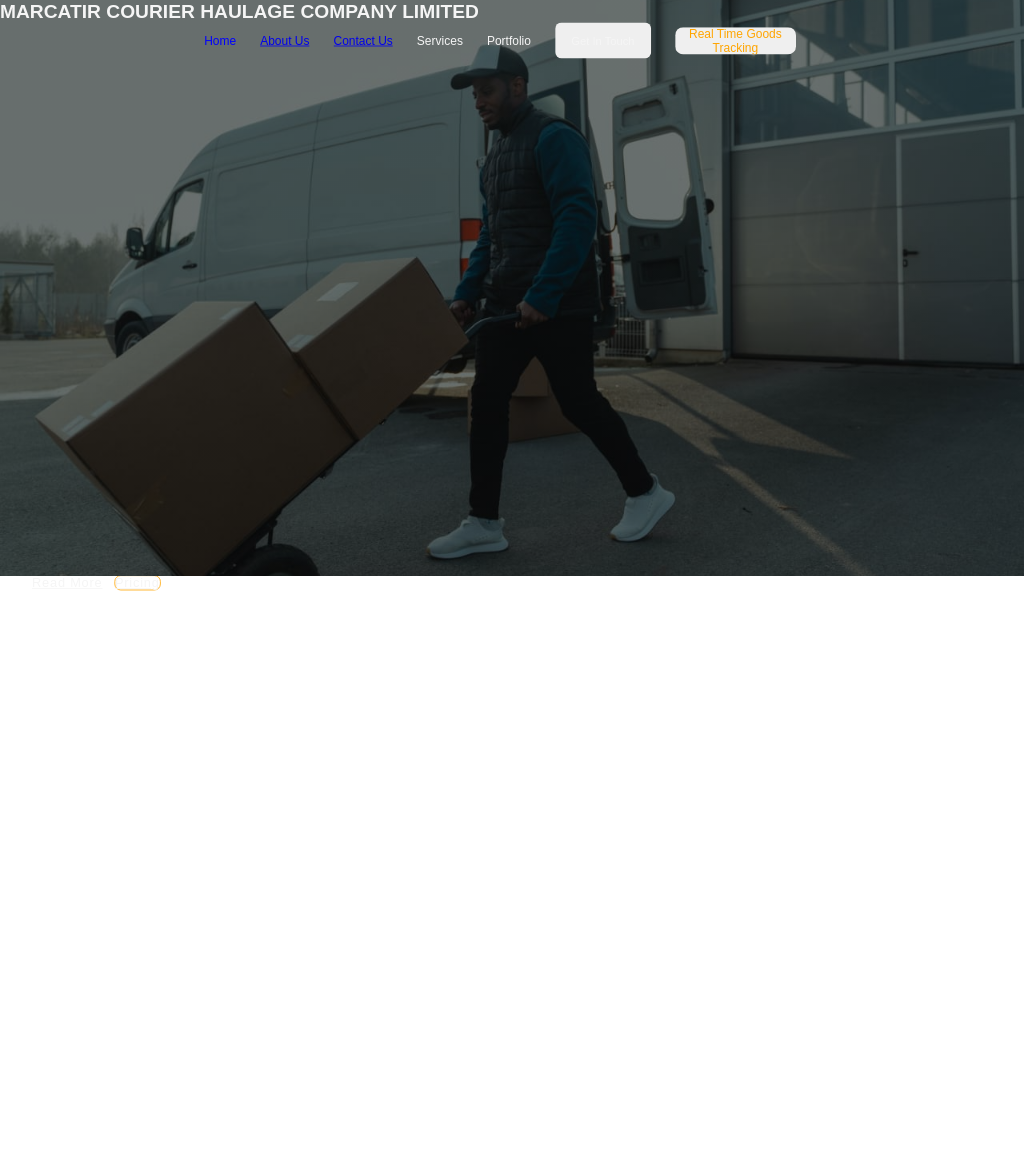
Repository: YagahAi/MARCATIR
Page: INDEX.HTML
An editor plug-in stored every save of this project. The page is shown before and after a run of saves, followed by the edit.
The browser window is 1280 px wide. The pictures show the whole page, at 80% of full size.

Above is the page before, as saved 2023-09-15 02:27:35.

After the next 3 saves:
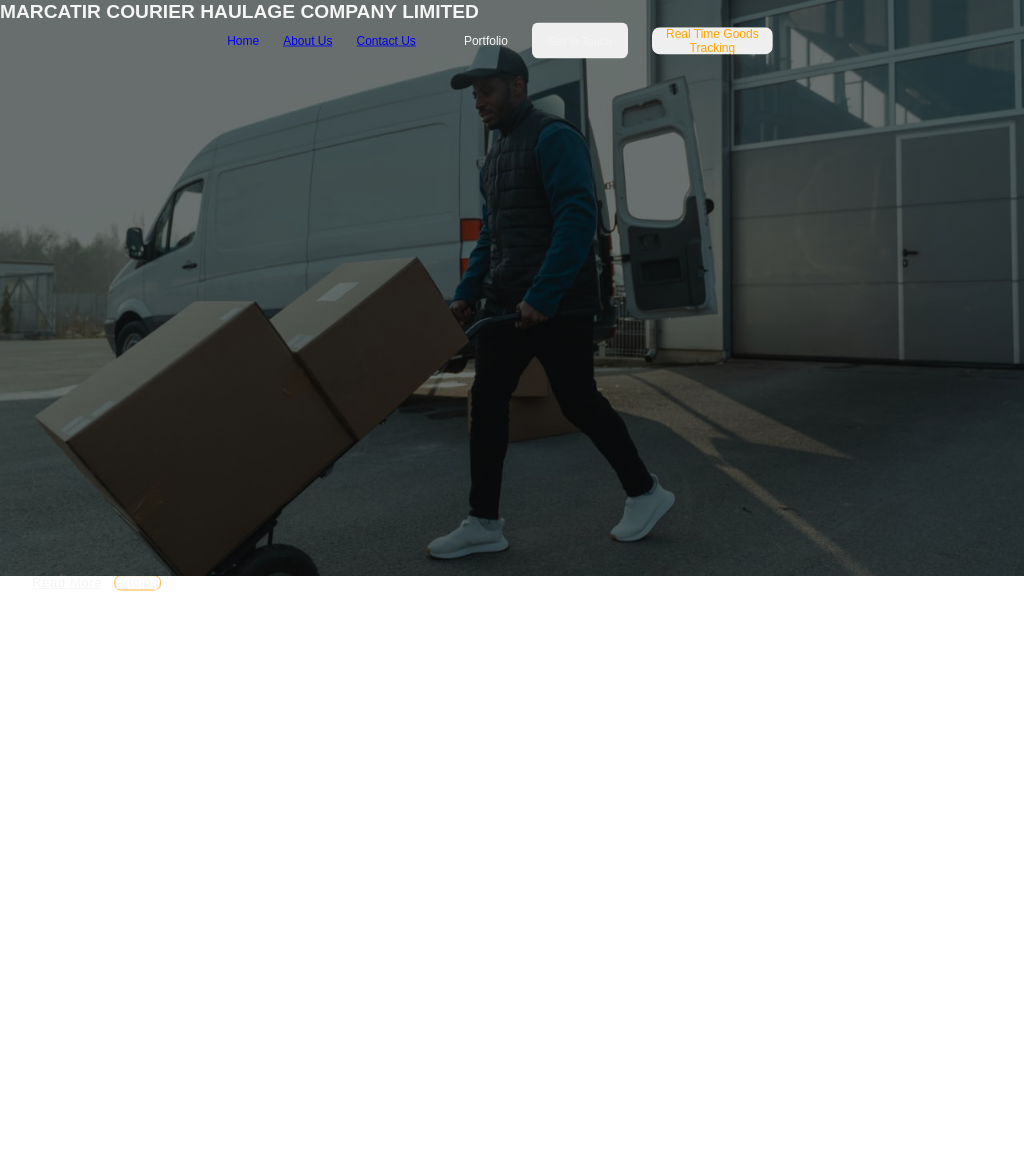
The 3 saves are shown as one change because they came seconds apart.
The last was saved 32 s later.
--- a/INDEX.HTML
+++ b/INDEX.HTML
@@ -14,7 +14,7 @@
                 <li class="active">Home</li>
                 <li><a href="/aboutus.html">About Us</a></li>
                 <li><a href="/contactus.html">Contact Us</a></li>
-                <li>Services</li>
+                <li><a hrefServices</li>
                 <li>Portfolio</li>
                 <li><a href="/form.html" target="_blank"><button class="btn">Get In Touch</button></a></li>
                 <li><button class="btn2">Real Time Goods Tracking</button></li>
